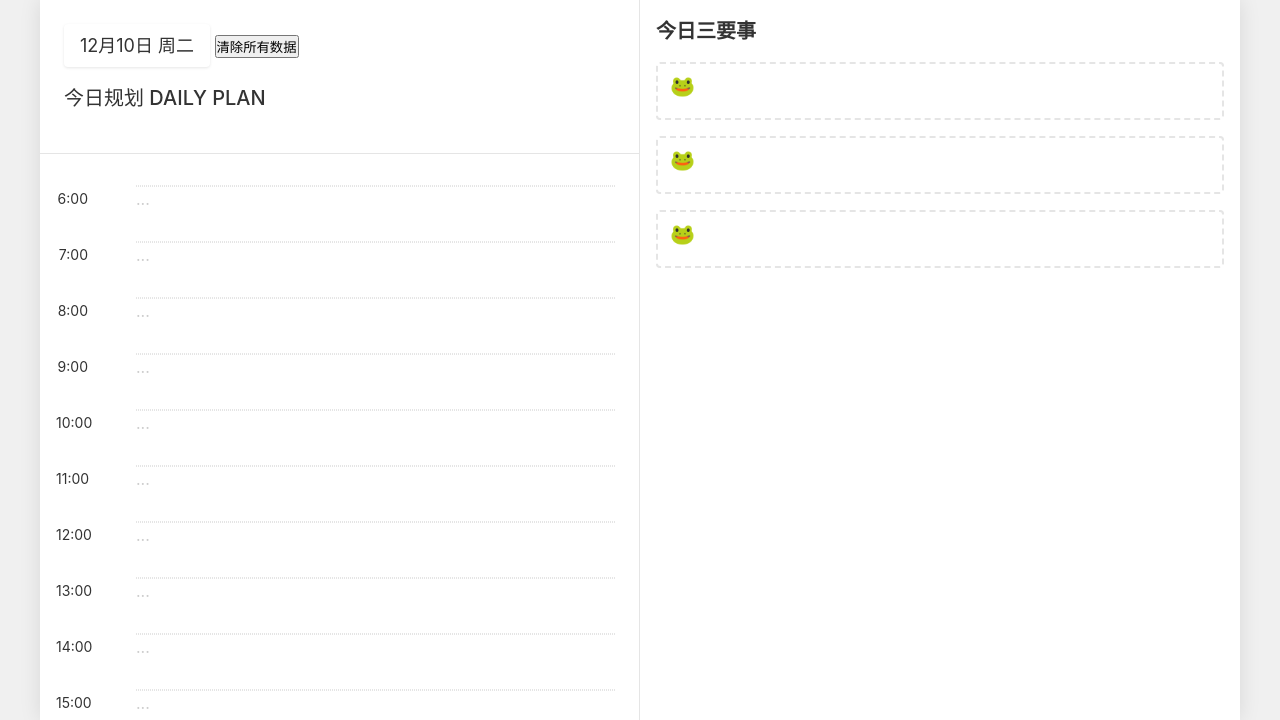
Repository: a6288a/Daily-Planner
Page: index.html
The author's editor kept a copy of each file at every save. The page is drawn from the files as they stood at one save, then again after the next save.
The browser window is 1280 px wide. The pictures show the whole page.
An inner scrolling area shows only its first screen.

Above is the page before, as saved 2024-12-10 17:37:12.

After the next save:
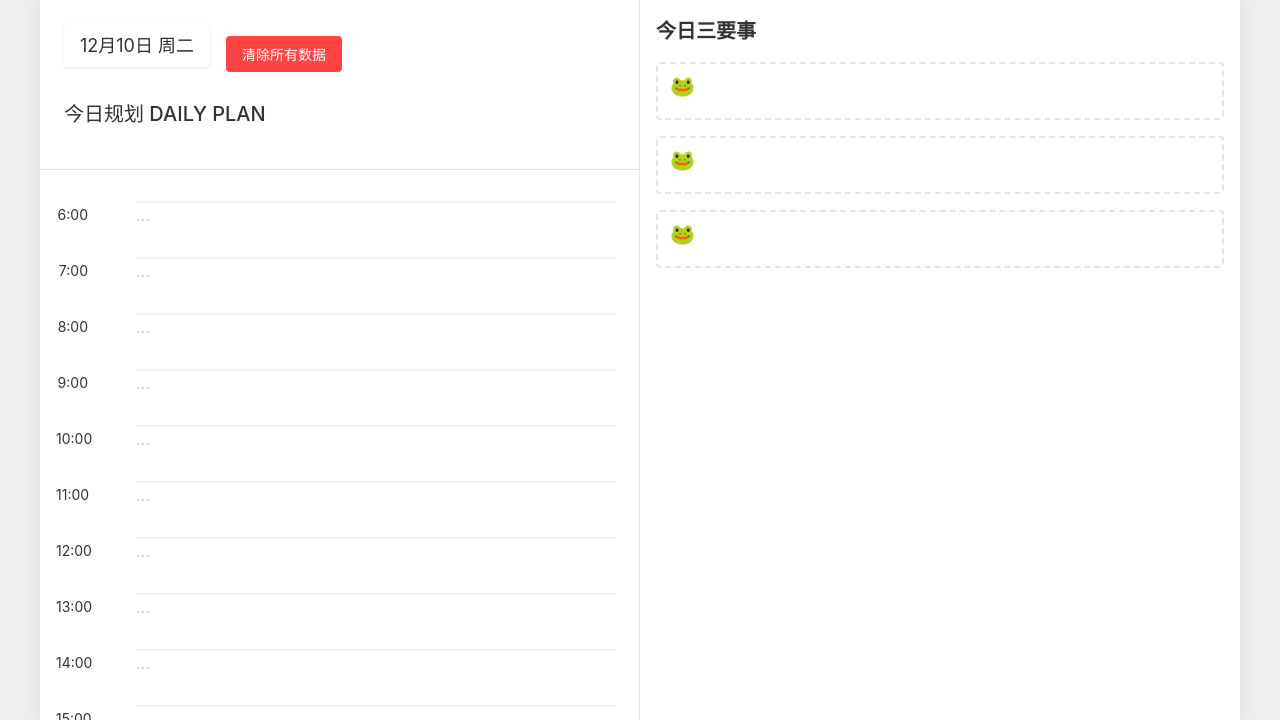
Saved 2 s later.
--- a/styles.css
+++ b/styles.css
@@ -568,3 +568,25 @@ input[type="date"] {
 .menu-item:hover {
     background-color: rgba(74, 144, 226, 0.1);
 }
+
+.header-controls {
+    display: flex;
+    align-items: center;
+    gap: 16px;
+    margin-bottom: calc(var(--spacing-unit) * 2);
+}
+
+.clear-all-btn {
+    padding: 8px 16px;
+    background-color: #ff4444;
+    color: white;
+    border: none;
+    border-radius: 4px;
+    cursor: pointer;
+    font-size: 0.875rem;
+    transition: all 0.2s ease;
+}
+
+.clear-all-btn:hover {
+    background-color: #ff6666;
+}
